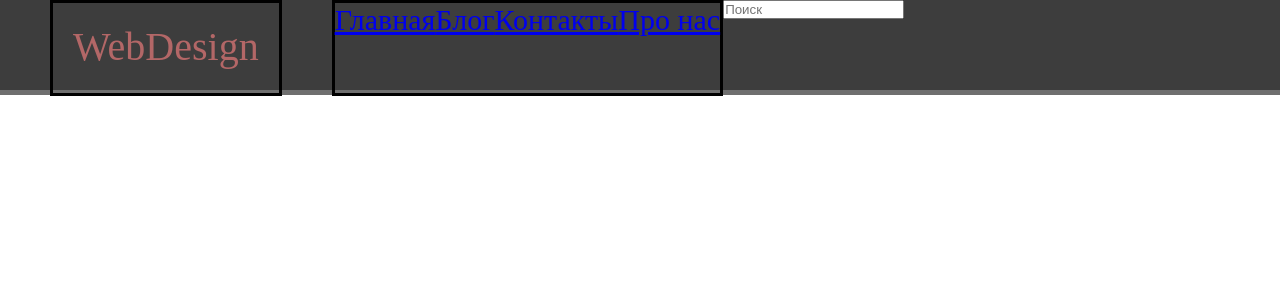
Repository: andbaik/Itprog
Page: index.htm
The author's editor kept a copy of each file at every save. The page is drawn from the files as they stood at one save, then again after the next save.
The browser window is 1280 px wide. The pictures show the whole page.

Above is the page before, as saved 2021-01-19 16:06:11.

After the next save:
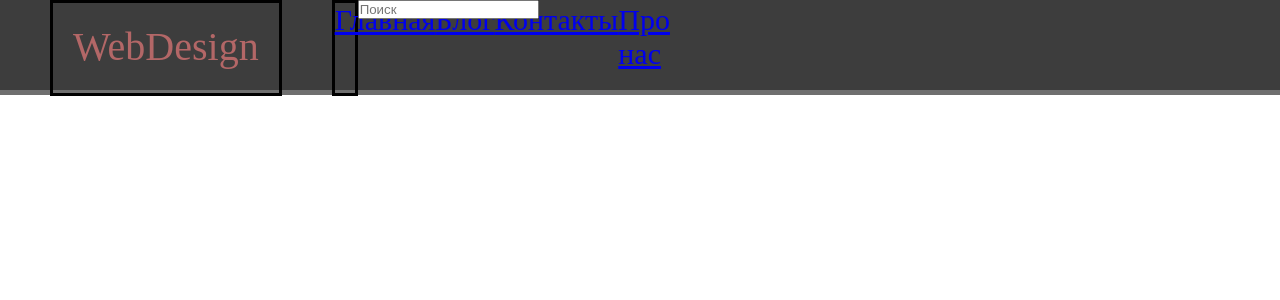
Saved 27 s later.
--- a/css/style.css
+++ b/css/style.css
@@ -30,7 +30,7 @@
 }
 .nav {
     height: 100%;
-    width: 20 px;
+    width: 20px;
     border: 3px solid black;
 }
 

After the 3 saves that followed:
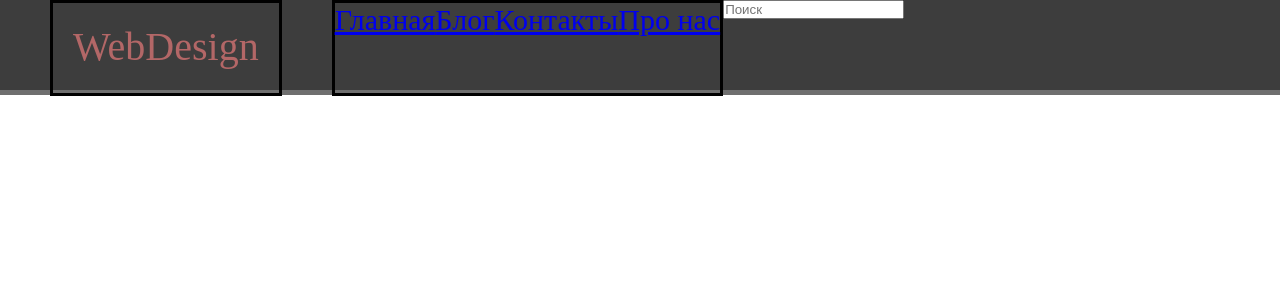
The 3 saves are shown as one change because they came seconds apart.
The last was saved 13 s later.
--- a/css/style.css
+++ b/css/style.css
@@ -30,7 +30,7 @@
 }
 .nav {
     height: 100%;
-    width: 20px;
+    width: auto;
     border: 3px solid black;
 }
 
